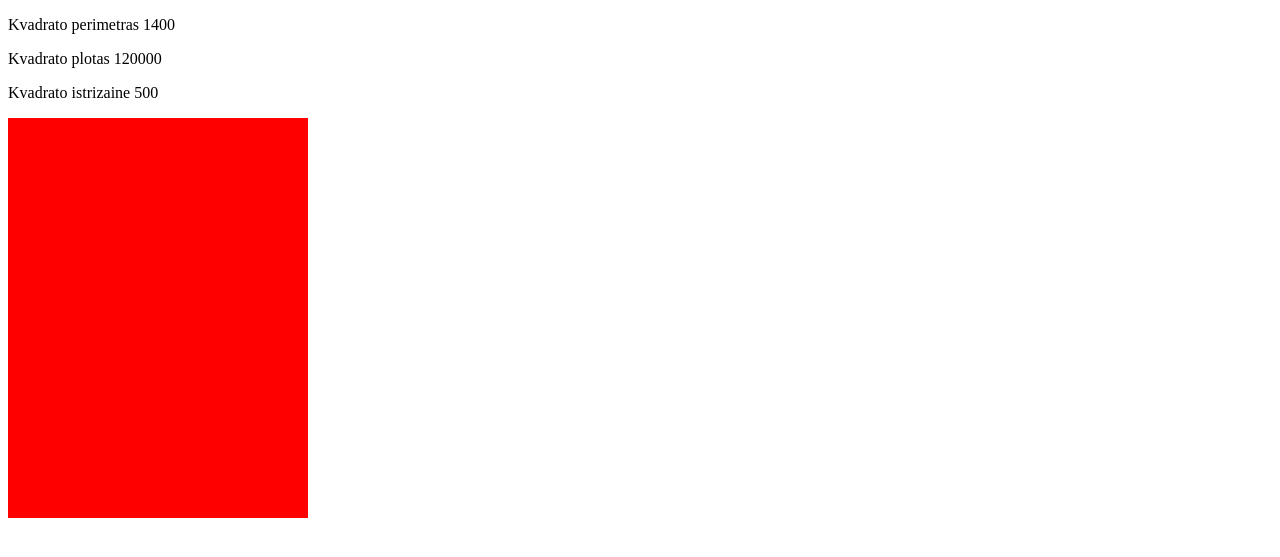
Repository: motiejus1/10-paskaita-JS
Page: index.html
The author's editor kept a copy of each file at every save. The page is drawn from the files as they stood at one save, then again after a run of saves.
The browser window is 1280 px wide. The pictures show the whole page.

Above is the page before, as saved 2021-06-22 11:19:19.

After the next 3 saves:
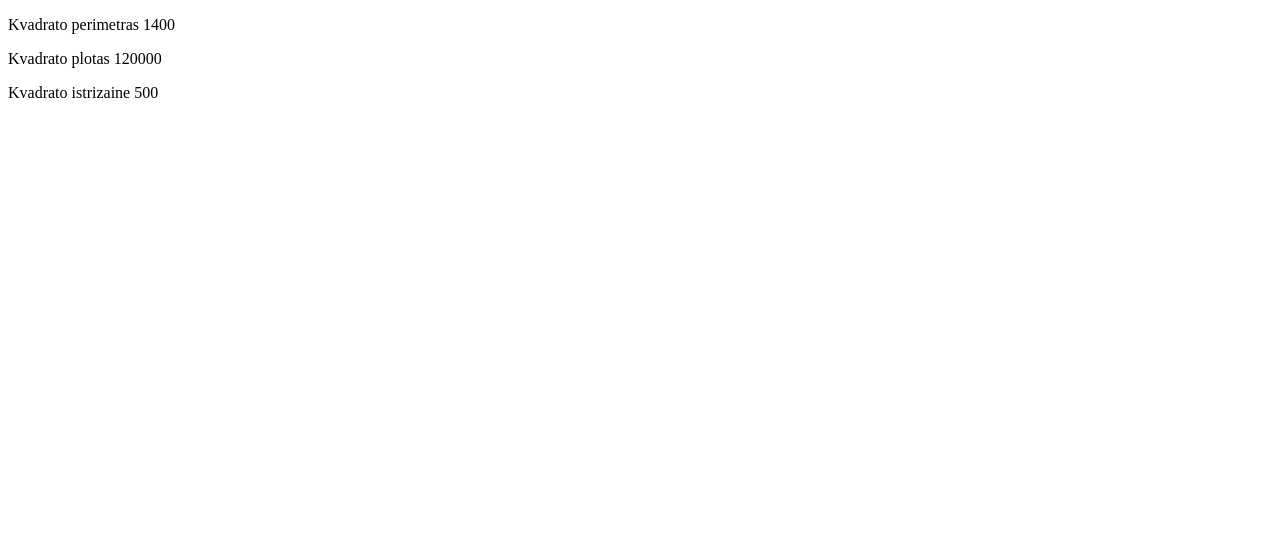
The 3 saves are shown as one change because they came seconds apart.
The last was saved 44 s later.
--- a/index.html
+++ b/index.html
@@ -11,11 +11,11 @@
             background-color: blue;
         }
 
-        .keturkampis {
-            width: 300px;
-            height: 400px;
-            background-color: red;
-        }
+        /* .keturkampis { */
+            /* width: 300px; */
+            /* height: 400px; */
+            /* background-color: red; */
+        /* } */
 
     </style>
 

After the 4 saves that followed:
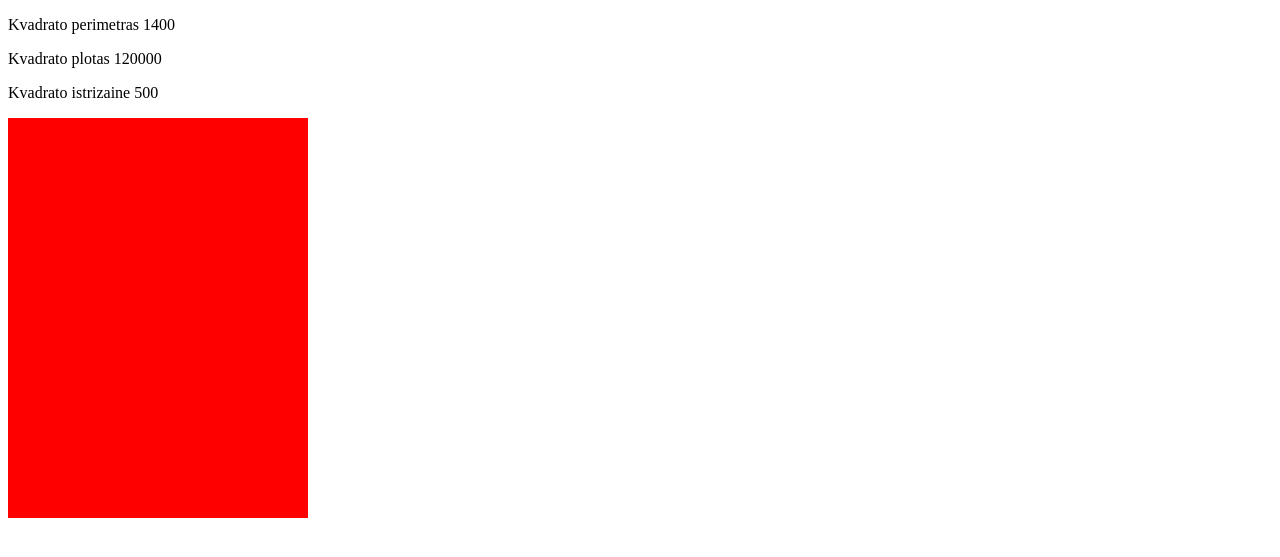
The 4 saves are shown as one change because 3 left the picture as it was.
The last was saved 29 s later.
--- a/index.html
+++ b/index.html
@@ -31,7 +31,7 @@
     <p id="kvadrato-plotas"></p>
     <p id="kvadrato-istrizaine"></p>
 
-    <div class="keturkampis">
+    <div class="keturkampis" style="width: 300px;height: 400px;background-color: red;">
 
     </div>
 
